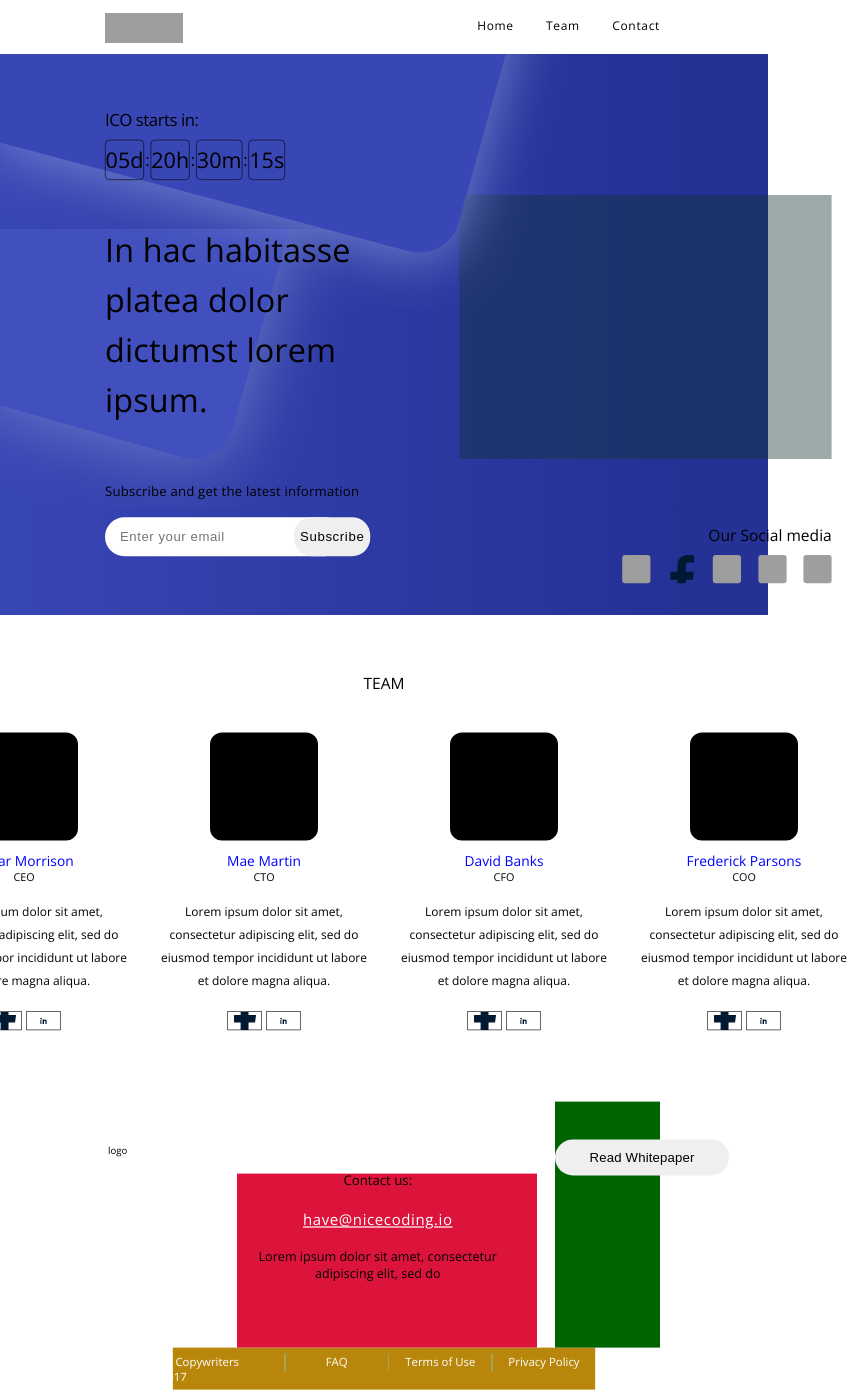
Repository: McGregorSt/newOne
Page: index.html
An editor plug-in stored every save of this project. The page is shown before and after the next save, followed by the edit.
The browser window is 1280 px wide. The page is 1440 px wide, so the pictures cover 1440 px, including what lies to the right of the window. The pictures show the whole page, at 60% of full size.
Pictures or frames that could not be fetched are drawn as grey boxes.

Above is the page before, as saved 2019-12-16 10:50:44.

### index.html
<!DOCTYPE html>
<html lang="en">
<head>
  <meta charset="UTF-8">
  <meta name="viewport" content="width=device-width, initial-scale=1.0">
  <meta http-equiv="X-UA-Compatible" content="ie=edge">
  <link rel="stylesheet" href="css/style.css">
  <link href="https://fonts.googleapis.com/css?family=Open+Sans:300,300i,400,400i,600,600i,700,700i,800,800i&display=swap" rel="stylesheet">
  <title>Ethworks</title>
</head>
<body>
  <!-- <div class="container"> -->
    <section class="header">
      <div class="header__logo"></div>
      <ul class="header__menu">
        <li class="header__menu__item">Home</li>
        <li class="header__menu__item">Team</li>
        <li class="header__menu__item">Contact</li>
      </ul>
    </section>
    <section class="main">
      <div class="wrapper">
        <div class="subs">
          <div class="subs__timer">
            <span class="subs__timer__header">ICO starts in:</span>
            <div class="subs__timer__global">
              <div class="subs__timer__item">05d</div>
              <div class="subs__timer__item">:</div>
              <div class="subs__timer__item">20h</div>
              <div class="subs__timer__item">:</div>
              <div class="subs__timer__item">30m</div>
              <div class="subs__timer__item">:</div>
              <div class="subs__timer__item">15s</div>
            </div>
          </div>
          <div class="subs__article">In hac habitasse platea dolor dictumst lorem ipsum.</div>
          <div class="subs__email">
            <span class="subs__email__header">Subscribe and get the latest information</span>
            <div class="subs__email__content">
              <input type="email" class="subs__email__input" placeholder="Enter your email">
              <button type="submit" class="subs__email__button">Subscribe</button>
            </div>
          </div>
        </div>

      <div class="media">
        <div class="media__media">
          <div class="media__player"></div>
          <div class="media__social">
            <span class="media__social__header">Our Social media</span>
            <div class="media__social__items">
              <div class="media__social__tt"></div>
              <div class="media__social__fb"></div>
              <div class="media__social__md"></div>
              <div class="media__social__gh"></div>
              <div class="media__social__mail"></div>
            </div>
          </div>
        </div>
    </div>
    </div>
    <div class="subs__subs"></div>
    </section>
    <section class="team">
      <div class="team__header">TEAM</div>
      <div class="team__cards">
        <div class="team__card">
          <div class="team__card__photo"></div>
          <div class="team__card__name">Edgar Morrison</div>
          <div class="team__card__title">CEO</div>
          <div class="team__card__description">Lorem ipsum dolor sit amet, consectetur adipiscing elit, sed do eiusmod tempor incididunt ut labore et dolore magna aliqua. </div>
          <div class="team__card__social">
            <div class="card__social__fb"></div>
            <div class="card__social__in"></div>
          </div>
        </div>
        <div class="team__card">
          <div class="team__card__photo"></div>
          <div class="team__card__name">Mae Martin</div>
          <div class="team__card__title">CTO</div>
          <div class="team__card__description">Lorem ipsum dolor sit amet, consectetur adipiscing elit, sed do eiusmod tempor incididunt ut labore et dolore magna aliqua. </div>
          <div class="team__card__social">
            <div class="card__social__fb"></div>
            <div class="card__social__in"></div>
          </div>
        </div>
        <div class="team__card">
          <div class="team__card__photo"></div>
          <div class="team__card__name">David Banks</div>
          <div class="team__card__title">CFO</div>
          <div class="team__card__description">Lorem ipsum dolor sit amet, consectetur adipiscing elit, sed do eiusmod tempor incididunt ut labore et dolore magna aliqua.</div>
          <div class="team__card__social">
            <div class="card__social__fb"></div>
            <div class="card__social__in"></div>
          </div>
        </div>
        <div class="team__card">
          <div class="team__card__photo"></div>
          <div class="team__card__name">Frederick Parsons</div>
          <div class="team__card__title">COO</div>
          <div class="team__card__description">Lorem ipsum dolor sit amet, consectetur adipiscing elit, sed do eiusmod tempor incididunt ut labore et dolore magna aliqua.</div>
          <div class="team__card__social">
            <div class="card__social__fb"></div>
            <div class="card__social__in"></div>
          </div>
        </div>
      </div>
    </section>
    <section class="footer">
      <div class="footer__main">
        <div class="footer__main__logo">logo</div>
        <div class="footer__main__contact">
          <span>Contact us:</span>
          <span><a href="mailto:#">have@nicecoding.io</a></span>
          <span>Lorem ipsum dolor sit amet, consectetur adipiscing elit, sed do</span>
        </div>
        <div class="footer__main__whitepaper">
          <button type="submit" class="header__whitepaper__button">Read Whitepaper</button>
        </div>
      </div>
      <div class="footer__menu">
        <div class="footer__menu__item">
          <span>&#9400 Copywriters 2017</span>
        </div>
        <div class="footer__menu__separator"></div>
        <div class="footer__menu__item">
          <a href="#">FAQ</a>
        </div>
        <div class="footer__menu__separator"></div>
        <div class="footer__menu__item">
          <a href="#">Terms of Use</a>
        </div>
        <div class="footer__menu__separator"></div>
        <div class="footer__menu__item">
          <a href="#">Privacy Policy</a>
        </div>
      </div>
    </section>
  </!-->
</body>
<script src="js/app.js">


</script>
</html>

### css/style.css
body {
  margin: 0;
  padding: 0;
  box-sizing: border-box;
  font-family: 'Open Sans', sans-serif;
  overflow-y: scroll;
}
/* section header */
.header {
  height: 95px;
  margin: auto;
  margin-top: -5px;
  display: flex;
  justify-content: space-between;
  align-items: center;
  padding: 0 180px;
}
.header__logo {
  width: 130px;
  height: 50px;
  background-image: url('../Assets/logo/dark.svg');
  background-size: cover;
  position: relative;
  left: -5px;
  top: 3px;
}
.header__menu {
  list-style: none;
  display: flex;
  letter-spacing: 1.1px;
  /* font-weight: 300; */
  /* justify-content: space-between; */
  font-size: 20px;
}
.header__menu__item {
  padding: 0 0 0 54px;
}

/* .wrapper {
  position: relative;
  z-index: 100;
} */
/* section main */
.main {
  height: 935px;

}
.main {
  /* background: rgb(56,69,181); */
  background: linear-gradient(90deg, rgba(56,69,181,1) 0%, rgba(37,49,149,1) 88%);
  /* background-image: url('../Assets/BG/Shape1@1x.svg');
  background-repeat: no-repeat;
  background-size: 75%;
  background-position-y: -95px;
  background-position-x: -10px;
  position: relative;
  z-index: 2; */
}
.wrapper {
  display: flex;
  position: relative;

}

.wrapper:after {
  content: "";
  width: 100%;
  height: 100%;
  background-image: url('../Assets/BG/Shape1@1x.svg');
  background-repeat: no-repeat;
  background-size: 75%;
  background-position-y: -95px;
  background-position-x: -10px;
  position: absolute;
  z-index: 10;
  /* filter: url('../Assets/BG/Shape1@1x.svg#filter-2')  */
}

.subs {

  width: 50%;
  font-size: 28px;
  display: flex;
  flex-direction: column;
  padding: 90px 0 60px 175px;
  position: relative;
  z-index: 99;
}
.subs__subs {
  /* width: 50%; */
  height: 800px;
  background-image: url('../Assets/BG/Shape2@1x.svg');
  background-size: 47%;
  top: -730px;
  left: -200px;
  background-position-y: -260px;
  background-position-x: 170px;
  background-repeat: no-repeat;
  position: relative;
  z-index: 1;
  /* filter: url('../Assets/BG/Shape2@1x.svg#filter-2') */
}
.subs__timer {
  /* background-color: thistle; */
  position: relative;
  z-index: 1;
}
.subs__timer__header {
  letter-spacing: -0.8px;
}
.subs__timer__global {
  width: 56.4%;
  display: flex;
  justify-content: space-between;
  padding: 15px 0 40px 0 ;
}
.subs__timer__item {
  width: 88px;
  height: 65px;
  display: flex;
  justify-content: center;
  align-items: center;
}
.subs__timer__item:nth-child(2n+2) {

}
.subs__timer__item:nth-child(2n+1) {
  width: 40%;
  border: 1px solid #000;
  font-size: 36px;
  border-radius: 7px;
}
.subs__article {
  font-size: 54px;
  letter-spacing: 0.2px;
  line-height: 83px;
  padding: 35px 0;
  /* background-color: wheat; */

}
.subs__email {
  /* background-color: yellow; */
  display: flex;
  flex-direction: column;
  font-size: 22px;
  letter-spacing: 0.3px;
  padding: 60px 0;
}
.subs__email__content {
  /* background-color: yellowgreen; */
  height: 100px;
  padding: 30px 0;
}
.subs__email__input {
  height: 63%;
  width: 70%;
  border-radius: 40px;
  font-size: 22px;
  padding-left: 25px;
  letter-spacing: 0.9px;
  outline: none;
  border: 0;
}
.subs__email__input::placeholder {
  /* padding-left: 25px; */
}
.subs__email__button {
  height: 65%;
  width: 24%;
  margin-left: -90px;
  font-size: 22px;
  letter-spacing: 1.05px;
  border: 0;
  border-radius: 30px;
}

.media {
  /* height: 80%; */
  width: 50%;
  /* background-color: tomato; */
}
.media__media {
  height: 100%;
  /* display: flex;
  flex-direction: column; */
  /* justify-content: space-around; */
  padding: 235px 0 0 60px;
}
.media__player {
  width: 620px;
  height: 440px;
  background-color: rgba(15, 51, 47, 0.411);
}
.media__social {
  width: 620px;
  height: 23%;
  display: flex;
  flex-direction: column;
  align-items: flex-end;
  justify-content: center;
  /* background-color: orangered; */
}
.media__social__header {
  font-size: 26px;
  padding: 80px 0 16px 0;

}
.media__social__items {
  width: 56.3%;
  display: flex;
  justify-content: space-between;
}
div.media__social__items > div {
  width: 47px;
  height: 47px;
  /* background-color: olivedrab; */
  border-radius: 5px;
}
.media__social__tt {
  background-image: url('../Assets/Social icons/Twitter@1x.svg');
  background-size: cover;
}
.media__social__fb {
  background-image: url('../Assets/Social icons/Facebook@1x.svg');
  background-size: cover;
}
.media__social__md {
  background-image: url('../Assets/Social icons/Medium@1x.svg');
  background-size: cover;
}
.media__social__gh {
  background-image: url('../Assets/Social icons/Github@1x.svg');
  background-size: cover;
}
.media__social__mail {
  background-image: url('../Assets/Social icons/Telegram@1x.svg');
  background-size: cover;
}


/*
section team
*/

.team {
  display: flex;
  flex-direction: column;
  align-items: center;
  padding: 95px 0 50px 0;
}
.team__header {
  font-size: 26px;
}
.team__cards {
  display: flex;
  justify-content: space-between;
  padding: 60px 0;
}
.team__card {
  height: 500px;
  width: 360px;
  display: flex;
  flex-direction: column;
  justify-content: space-between;
  align-items: center;
  margin: 0 10px;
  /* background-color: palegreen; */
  padding: 5px 10px
}
.team__card__photo {
  width: 180px;
  height: 180px;
  border-radius: 20px;
  background-color: black;

}
.team__card__name {
  font-size: 23px;
  color: blue;
  /* position: relative;
  top: -10px; */
}
.team__card__title {
  font-size: 18px;
  position: relative;
  top: -20px;
}
.team__card__description {
  font-size: 20px;
  text-align: center;
  line-height: 38px;
  position: relative;
  top: -10px;
  padding: 0 5px;
}
.team__card__social {
  display: flex;
  justify-content: space-between;
}
.team__card__social > * {
  width: 55px;
  height: 30px;
  border: 1px solid #000;
  margin: 4px;
}
.card__social__fb {
  background-image: url('../Assets//Profil/Facebook@1x.svg');
  background-position: center center;
  background-size: 80%;

  background-repeat: no-repeat;
}
.card__social__in {
  background-image: url('../Assets//Profil/linkedin@1x.svg');
  background-position: center center;
  background-repeat: no-repeat;

}




/*
section footer
*/
/*
.footer {
  display: flex;
  flex-direction: column;
  align-items: center;
} */
.footer__main {
  height: 410px;
  display: flex;
  justify-content: space-between;
  padding: 0 180px;
}

/* .footer__header {
  height: 123px;
  width: 100%;
  background-color: cornflowerblue;
  display: flex;
  justify-content: space-between;
  align-items: center;
} */
.footer__main__logo {
  width: 20%;
  margin-top: 70px;

}
.footer__main__contact {
  width: 500px;
  height: 290px;
  background-color: crimson;
  align-self: flex-end;
  display: flex;
  flex-direction: column;
  align-items: center;
}
.footer__main__whitepaper {
  width: 19%;
  background-color: darkgreen;
  padding-top: 33px;
}
.footer__menu {
  height: 60px;
  background-color: darkgoldenrod;
  width:55%;
  margin: auto;
  font-size: 19px;
  display: flex;
  justify-content: space-between;
  padding-top: 10px;
}
.header__whitepaper__button {
  height: 60px;
  width: 290px;
  font-size: 22px;
  letter-spacing: 0.25px;
  border: 0;
  border-radius: 30px;
  position: relative;
  top: 30px;
}
.footer__main__contact > span {
  margin-bottom: 40px;
  font-size: 22px;
  text-align: center;
  position: relative;
  top: -5px;
  left: -15px;
}
.footer__main__contact > span > a {
  font-size: 25px;
  color: #fff;
  letter-spacing: 1px;
  position: relative;
  top: -6px;
}
.footer__main__contact > span:last-child {
  font-size: 21px;
  top: -20px;
}
.footer__menu {

}
.footer__menu__item {
  width: 25%;
  display: flex;
  justify-content: center;
  color: #fff;
}
.footer__menu__item > a {
  text-decoration: none;
  color: #fff;
}
.footer__menu__item:first-child {
  padding-right: 35px;
  margin-left: -20px;

}
.footer__menu__separator {
  width: 2px;
  height: 30px;
  background-color: darkseagreen;
}

### js/app.js
let chi = document.querySelectorAll('.subs__timer__global:nth-child(2n+1)')
console.log(chi)

### Assets/BG/Shape1@1x.svg
<?xml version="1.0" encoding="UTF-8"?>
<svg width="1072px" height="582px" viewBox="0 0 1072 582" version="1.1" xmlns="http://www.w3.org/2000/svg" xmlns:xlink="http://www.w3.org/1999/xlink">
    <!-- Generator: Sketch 47.1 (45422) - http://www.bohemiancoding.com/sketch -->
    <title>BG/Shape1@1x</title>
    <desc>Created with Sketch.</desc>
    <defs>
        <path d="M982.285156,102 L982.285156,370.03125 L210.193802,575.356423 L210.193802,575.356423 C169.990097,586.047947 128.661819,562.429109 117.465781,522.362973 L-9.09494702e-13,102 L982.285156,102 Z" id="path-1"></path>
        <filter x="-16.7%" y="-32.3%" width="133.5%" height="169.1%" filterUnits="objectBoundingBox" id="filter-2">
            <feOffset dx="0" dy="11" in="SourceAlpha" result="shadowOffsetOuter1"></feOffset>
            <feGaussianBlur stdDeviation="53" in="shadowOffsetOuter1" result="shadowBlurOuter1"></feGaussianBlur>
            <feColorMatrix values="0 0 0 0 0.164705882   0 0 0 0 0.219607843   0 0 0 0 0.615686275  0 0 0 1 0" type="matrix" in="shadowBlurOuter1"></feColorMatrix>
        </filter>
    </defs>
    <g id="Page-1" stroke="none" stroke-width="1" fill="none" fill-rule="evenodd">
        <g id="FRONTENT-ZADANIE2">
            <g id="//BG" transform="translate(0.000000, -102.000000)">
                <g id="header-bg">
                    <g id="Rectangle">
                        <g id="BG/Shape1" transform="translate(491.142578, 339.963586) scale(-1, 1) translate(-491.142578, -339.963586) ">
                            <use fill="black" fill-opacity="1" filter="url(#filter-2)" xlink:href="#path-1"></use>
                            <use fill="#3947B6" fill-rule="evenodd" xlink:href="#path-1"></use>
                        </g>
                    </g>
                </g>
            </g>
        </g>
    </g>
</svg>

After the next save:
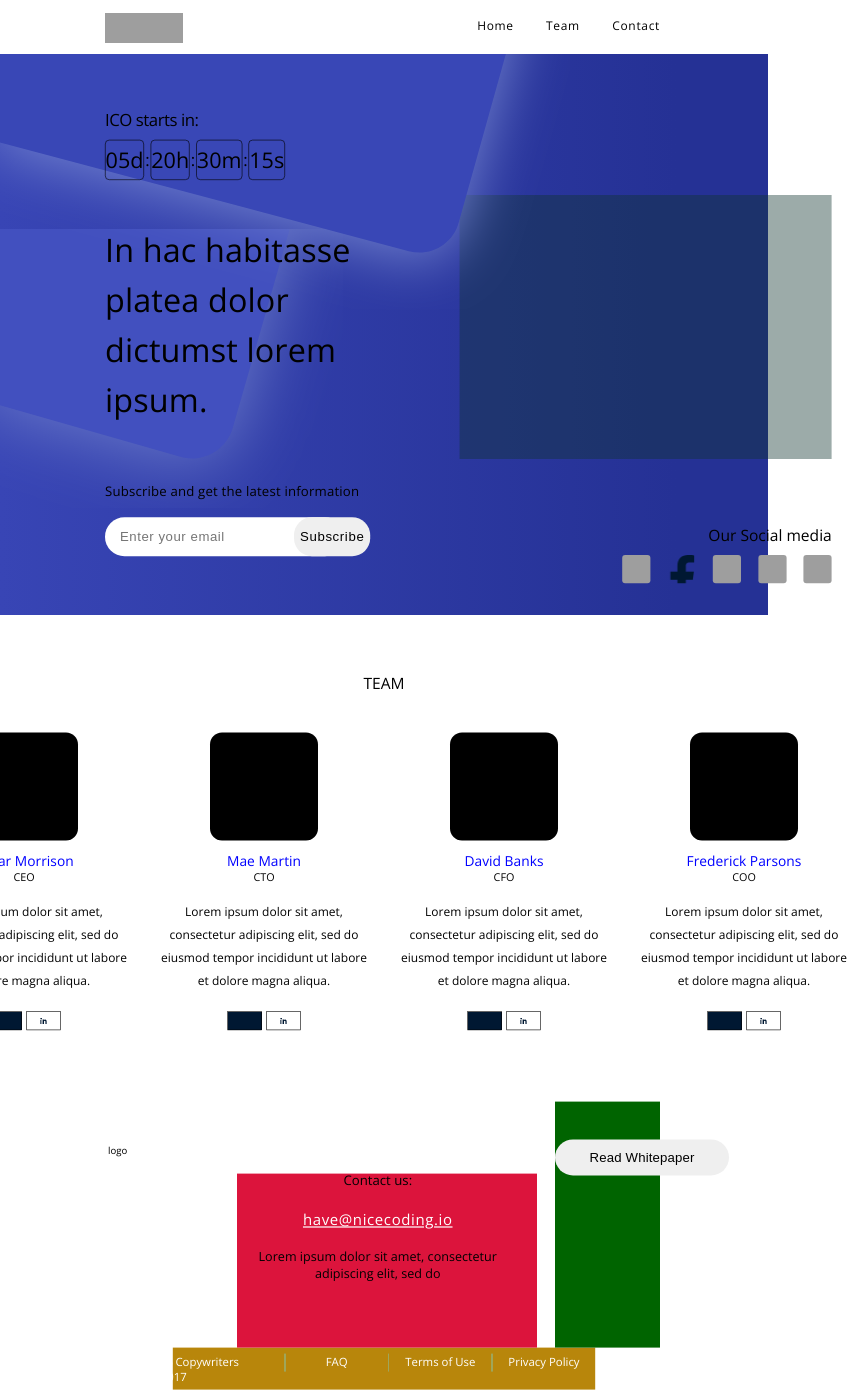
Saved 4 s later.
--- a/css/style.css
+++ b/css/style.css
@@ -306,7 +306,7 @@ section team
 .card__social__fb {
   background-image: url('../Assets//Profil/Facebook@1x.svg');
   background-position: center center;
-  background-size: 80%;
+  background-size:380%;
 
   background-repeat: no-repeat;
 }
